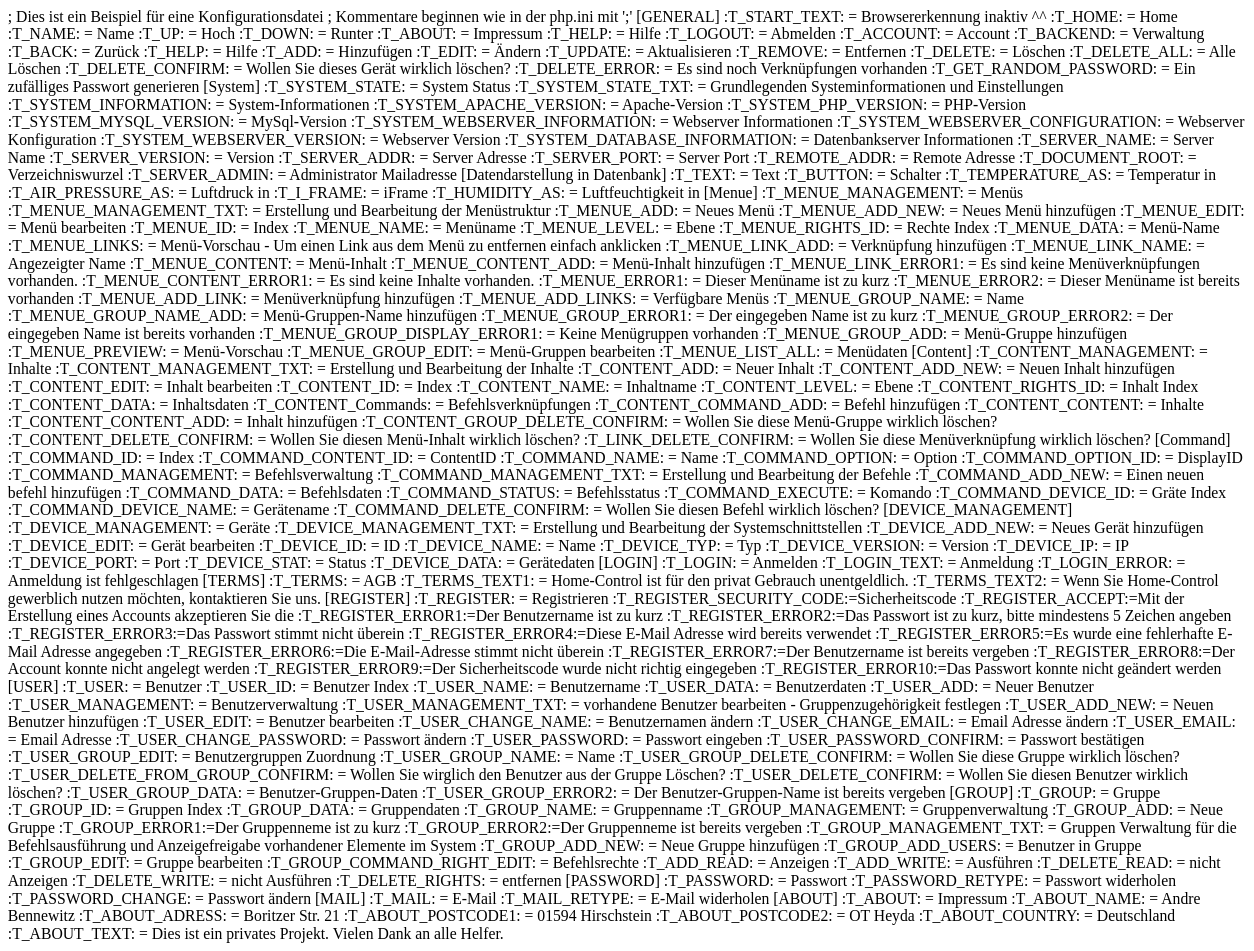
Repository: 0xF3ERROR/Home-Control
Page: http://localhost/language/lang_Ger.php
These files come from the project's save history. The page is drawn as it stood at one moment and after the next save; the edit follows.
The browser window is 1280 px wide. The pictures show the whole page, at 98% of full size.
The page is run by PHP 8.4 with error messages shown; the project is at /var/www/html/.

Above is the page before, as saved 2012-09-16 18:38:20.

### Source/language/lang_Ger.php
; Dies ist ein Beispiel für eine Konfigurationsdatei
; Kommentare beginnen wie in der php.ini mit ';'


[GENERAL]
:T_START_TEXT: = Browsererkennung inaktiv ^^
:T_HOME: = Home
:T_NAME: = Name
:T_UP: = Hoch
:T_DOWN: = Runter
:T_ABOUT: = Impressum
:T_HELP: = Hilfe
:T_LOGOUT: = Abmelden
:T_ACCOUNT: = Account
:T_BACKEND: = Verwaltung
:T_BACK: = Zurück
:T_HELP: = Hilfe
:T_ADD: = Hinzufügen
:T_EDIT: = Ändern
:T_UPDATE: = Aktualisieren
:T_REMOVE: = Entfernen
:T_DELETE: = Löschen
:T_DELETE_ALL: = Alle Löschen
:T_DELETE_CONFIRM: = Wollen Sie dieses Gerät wirklich löschen?
:T_DELETE_ERROR: = Es sind noch Verknüpfungen vorhanden
:T_GET_RANDOM_PASSWORD: = Ein zufälliges Passwort generieren


[System]
:T_SYSTEM_STATE: = System Status
:T_SYSTEM_STATE_TXT: = Grundlegenden Systeminformationen und Einstellungen
:T_SYSTEM_INFORMATION: = System-Informationen
:T_SYSTEM_APACHE_VERSION: = Apache-Version
:T_SYSTEM_PHP_VERSION: = PHP-Version
:T_SYSTEM_MYSQL_VERSION: = MySql-Version
:T_SYSTEM_WEBSERVER_INFORMATION: = Webserver Informationen
:T_SYSTEM_WEBSERVER_CONFIGURATION: = Webserver Konfiguration
:T_SYSTEM_WEBSERVER_VERSION: = Webserver Version
:T_SYSTEM_DATABASE_INFORMATION: = Datenbankserver Informationen
:T_SERVER_NAME: = Server Name
:T_SERVER_VERSION: = Version
:T_SERVER_ADDR: = Server Adresse
:T_SERVER_PORT: = Server Port
:T_REMOTE_ADDR: = Remote Adresse
:T_DOCUMENT_ROOT: = Verzeichniswurzel
:T_SERVER_ADMIN: = Administrator Mailadresse





[Datendarstellung in Datenbank]
:T_TEXT: = Text
:T_BUTTON: = Schalter
:T_TEMPERATURE_AS: = Temperatur in
:T_AIR_PRESSURE_AS: = Luftdruck in
:T_I_FRAME: = iFrame
:T_HUMIDITY_AS: = Luftfeuchtigkeit in



[Menue]
:T_MENUE_MANAGEMENT: = Menüs
:T_MENUE_MANAGEMENT_TXT: = Erstellung und Bearbeitung der Menüstruktur
:T_MENUE_ADD: = Neues Menü
:T_MENUE_ADD_NEW: = Neues Menü hinzufügen
:T_MENUE_EDIT: = Menü bearbeiten
:T_MENUE_ID: = Index
:T_MENUE_NAME: = Menüname
:T_MENUE_LEVEL: = Ebene
:T_MENUE_RIGHTS_ID: = Rechte Index
:T_MENUE_DATA: = Menü-Name
:T_MENUE_LINKS: = Menü-Vorschau - Um einen Link aus dem Menü zu entfernen einfach anklicken
:T_MENUE_LINK_ADD: = Verknüpfung hinzufügen
:T_MENUE_LINK_NAME: = Angezeigter Name
:T_MENUE_CONTENT: = Menü-Inhalt
:T_MENUE_CONTENT_ADD: = Menü-Inhalt hinzufügen
:T_MENUE_LINK_ERROR1: = Es sind keine Menüverknüpfungen vorhanden.
:T_MENUE_CONTENT_ERROR1: = Es sind keine Inhalte vorhanden.
:T_MENUE_ERROR1: = Dieser Menüname ist zu kurz
:T_MENUE_ERROR2: = Dieser Menüname ist bereits vorhanden
:T_MENUE_ADD_LINK: = Menüverknüpfung hinzufügen
:T_MENUE_ADD_LINKS: = Verfügbare Menüs
:T_MENUE_GROUP_NAME: = Name
:T_MENUE_GROUP_NAME_ADD: = Menü-Gruppen-Name hinzufügen
:T_MENUE_GROUP_ERROR1: = Der eingegeben Name ist zu kurz
:T_MENUE_GROUP_ERROR2: = Der eingegeben Name ist bereits vorhanden
:T_MENUE_GROUP_DISPLAY_ERROR1: = Keine Menügruppen vorhanden
:T_MENUE_GROUP_ADD: = Menü-Gruppe hinzufügen
:T_MENUE_PREVIEW: = Menü-Vorschau
:T_MENUE_GROUP_EDIT: = Menü-Gruppen bearbeiten
:T_MENUE_LIST_ALL: = Menüdaten

[Content]
:T_CONTENT_MANAGEMENT: = Inhalte
:T_CONTENT_MANAGEMENT_TXT: = Erstellung und Bearbeitung der Inhalte
:T_CONTENT_ADD: = Neuer Inhalt
:T_CONTENT_ADD_NEW: = Neuen Inhalt hinzufügen
:T_CONTENT_EDIT: = Inhalt bearbeiten
:T_CONTENT_ID: = Index
:T_CONTENT_NAME: = Inhaltname
:T_CONTENT_LEVEL: = Ebene
:T_CONTENT_RIGHTS_ID: = Inhalt Index
:T_CONTENT_DATA: = Inhaltsdaten
:T_CONTENT_Commands: = Befehlsverknüpfungen
:T_CONTENT_COMMAND_ADD: = Befehl hinzufügen
:T_CONTENT_CONTENT: = Inhalte
:T_CONTENT_CONTENT_ADD: = Inhalt hinzufügen
:T_CONTENT_GROUP_DELETE_CONFIRM: = Wollen Sie diese Menü-Gruppe wirklich löschen?
:T_CONTENT_DELETE_CONFIRM: = Wollen Sie diesen Menü-Inhalt wirklich löschen?
:T_LINK_DELETE_CONFIRM: = Wollen Sie diese Menüverknüpfung wirklich löschen?



[Command]
:T_COMMAND_ID: = Index
:T_COMMAND_CONTENT_ID: = ContentID
:T_COMMAND_NAME: = Name
:T_COMMAND_OPTION: = Option
:T_COMMAND_OPTION_ID: = DisplayID
:T_COMMAND_MANAGEMENT: = Befehlsverwaltung
:T_COMMAND_MANAGEMENT_TXT: = Erstellung und Bearbeitung der Befehle
:T_COMMAND_ADD_NEW: = Einen neuen befehl hinzufügen
:T_COMMAND_DATA: = Befehlsdaten
:T_COMMAND_STATUS: = Befehlsstatus
:T_COMMAND_EXECUTE: = Komando
:T_COMMAND_DEVICE_ID: = Gräte Index
:T_COMMAND_DEVICE_NAME: = Gerätename
:T_COMMAND_DELETE_CONFIRM: = Wollen Sie diesen Befehl wirklich löschen?


[DEVICE_MANAGEMENT]
:T_DEVICE_MANAGEMENT: = Geräte
:T_DEVICE_MANAGEMENT_TXT: = Erstellung und Bearbeitung der Systemschnittstellen
:T_DEVICE_ADD_NEW: = Neues Gerät hinzufügen
:T_DEVICE_EDIT: = Gerät bearbeiten
:T_DEVICE_ID: = ID
:T_DEVICE_NAME: = Name
:T_DEVICE_TYP: = Typ
:T_DEVICE_VERSION: = Version
:T_DEVICE_IP: = IP
:T_DEVICE_PORT: = Port
:T_DEVICE_STAT: = Status
:T_DEVICE_DATA: = Gerätedaten


[LOGIN]
:T_LOGIN: = Anmelden
:T_LOGIN_TEXT: = Anmeldung
:T_LOGIN_ERROR: = Anmeldung ist fehlgeschlagen


[TERMS]
:T_TERMS: = AGB
:T_TERMS_TEXT1: = Home-Control ist für den privat Gebrauch unentgeldlich.
:T_TERMS_TEXT2: = Wenn Sie Home-Control gewerblich nutzen möchten, kontaktieren Sie uns.


[REGISTER]
:T_REGISTER: = Registrieren
:T_REGISTER_SECURITY_CODE:=Sicherheitscode
:T_REGISTER_ACCEPT:=Mit der Erstellung eines Accounts akzeptieren Sie die
:T_REGISTER_ERROR1:=Der Benutzername ist zu kurz
:T_REGISTER_ERROR2:=Das Passwort ist zu kurz, bitte mindestens 5 Zeichen angeben
:T_REGISTER_ERROR3:=Das Passwort stimmt nicht überein
:T_REGISTER_ERROR4:=Diese E-Mail Adresse wird bereits verwendet
:T_REGISTER_ERROR5:=Es wurde eine fehlerhafte E-Mail Adresse angegeben
:T_REGISTER_ERROR6:=Die E-Mail-Adresse stimmt nicht überein
:T_REGISTER_ERROR7:=Der Benutzername ist bereits vergeben
:T_REGISTER_ERROR8:=Der Account konnte nicht angelegt werden
:T_REGISTER_ERROR9:=Der Sicherheitscode wurde nicht richtig eingegeben
:T_REGISTER_ERROR10:=Das Passwort konnte nicht geändert werden


[USER]
:T_USER: = Benutzer
:T_USER_ID: = Benutzer Index
:T_USER_NAME: = Benutzername
:T_USER_DATA: = Benutzerdaten
:T_USER_ADD: = Neuer Benutzer
:T_USER_MANAGEMENT: = Benutzerverwaltung
:T_USER_MANAGEMENT_TXT: = vorhandene Benutzer bearbeiten - Gruppenzugehörigkeit festlegen
:T_USER_ADD_NEW: = Neuen Benutzer hinzufügen
:T_USER_EDIT: = Benutzer bearbeiten
:T_USER_CHANGE_NAME: = Benutzernamen ändern
:T_USER_CHANGE_EMAIL: = Email Adresse ändern
:T_USER_EMAIL: = Email Adresse
:T_USER_CHANGE_PASSWORD: = Passwort ändern
:T_USER_PASSWORD: = Passwort eingeben
:T_USER_PASSWORD_CONFIRM: = Passwort bestätigen
:T_USER_GROUP_EDIT: = Benutzergruppen Zuordnung
:T_USER_GROUP_NAME: = Name
:T_USER_GROUP_DELETE_CONFIRM: = Wollen Sie diese Gruppe wirklich löschen?
:T_USER_DELETE_FROM_GROUP_CONFIRM: = Wollen Sie wirglich den Benutzer aus der Gruppe Löschen?
:T_USER_DELETE_CONFIRM: = Wollen Sie diesen Benutzer wirklich löschen?
:T_USER_GROUP_DATA: = Benutzer-Gruppen-Daten
:T_USER_GROUP_ERROR2: = Der Benutzer-Gruppen-Name ist bereits vergeben

[GROUP]
:T_GROUP: = Gruppe
:T_GROUP_ID: = Gruppen Index
:T_GROUP_DATA: = Gruppendaten
:T_GROUP_NAME: = Gruppenname
:T_GROUP_MANAGEMENT: = Gruppenverwaltung
:T_GROUP_ADD: = Neue Gruppe
:T_GROUP_ERROR1:=Der Gruppenneme ist zu kurz
:T_GROUP_ERROR2:=Der Gruppenneme ist bereits vergeben
:T_GROUP_MANAGEMENT_TXT: = Gruppen Verwaltung für die Befehlsausführung und Anzeigefreigabe vorhandener Elemente im System
:T_GROUP_ADD_NEW: = Neue Gruppe hinzufügen
:T_GROUP_ADD_USERS: = Benutzer in Gruppe
:T_GROUP_EDIT: = Gruppe bearbeiten
:T_GROUP_COMMAND_RIGHT_EDIT: = Befehlsrechte
:T_ADD_READ: = Anzeigen
:T_ADD_WRITE: = Ausführen
:T_DELETE_READ: = nicht Anzeigen
:T_DELETE_WRITE: = nicht Ausführen
:T_DELETE_RIGHTS: = entfernen

[PASSWORD]
:T_PASSWORD: = Passwort
:T_PASSWORD_RETYPE: = Passwort widerholen
:T_PASSWORD_CHANGE: = Passwort ändern


[MAIL]
:T_MAIL: = E-Mail
:T_MAIL_RETYPE: = E-Mail widerholen


[ABOUT]
:T_ABOUT: = Impressum
:T_ABOUT_NAME: = Andre Bennewitz
:T_ABOUT_ADRESS: = Boritzer Str. 21
:T_ABOUT_POSTCODE1: = 01594 Hirschstein
:T_ABOUT_POSTCODE2: = OT Heyda
:T_ABOUT_COUNTRY: = Deutschland
:T_ABOUT_TEXT: = Dies ist ein privates Projekt. Vielen Dank an alle Helfer.

After the next save:
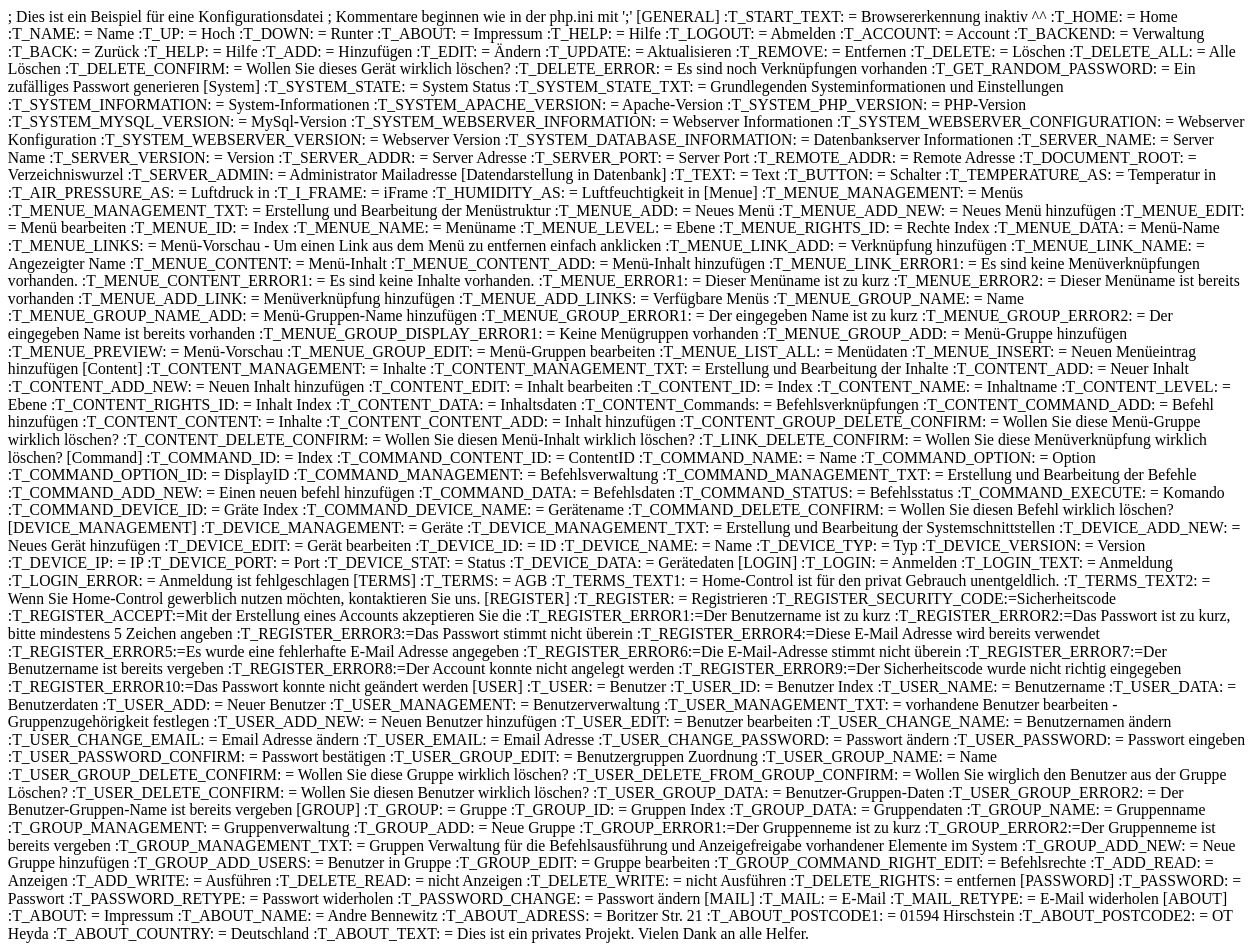
Saved 35 s later.
--- a/Source/language/lang_Ger.php
+++ b/Source/language/lang_Ger.php
@@ -90,7 +90,7 @@
 :T_MENUE_PREVIEW: = Menü-Vorschau
 :T_MENUE_GROUP_EDIT: = Menü-Gruppen bearbeiten
 :T_MENUE_LIST_ALL: = Menüdaten
-
+:T_MENUE_INSERT: = Neuen Menüeintrag hinzufügen
 [Content]
 :T_CONTENT_MANAGEMENT: = Inhalte
 :T_CONTENT_MANAGEMENT_TXT: = Erstellung und Bearbeitung der Inhalte
